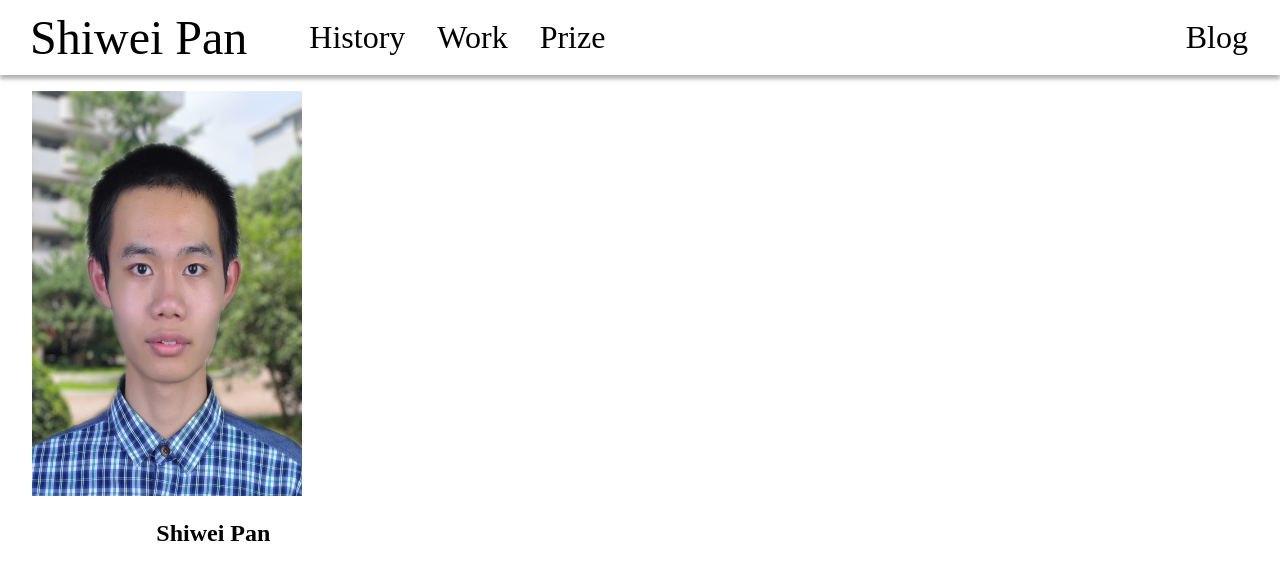
Repository: erikpsw/web
Page: new/psw.html
The author's editor kept a copy of each file at every save. The page is drawn from the files as they stood at one save, then again after the next save.
The browser window is 1280 px wide. The pictures show the whole page.

Above is the page before, as saved 2022-06-16 21:44:50.

### new/psw.html
<!DOCTYPE html>
<html>
<head>
<meta charset="utf-8">
<title>Shiwei Pan</title>
<link rel="stylesheet" type="text/css" href="styles.css">
</head>
<body class="body">
<nav id="start_box">
    <a class="nav" id="title" href="">Shiwei Pan</a>
    <a class="nav" href="" >History</a>
    <a class="nav" href="">Work</a>
    <a class="nav" href="">Prize</a>
    <a class="nav" id="myblog" target="_blank" href="https://erikpsw.github.io/">Blog</a>
</nav>
<section>
    <div id="profile">
        <img src="\pic\mine.png" id="mine">
        <h2 id="intro">Shiwei Pan</h2>
    </div>
</section>
</body>
</html>

### new/styles.css
#start_box
{
    background-color: whit;
    display:flex;
    box-shadow: 0 0.25rem 0.25rem 0 rgb(0 0 0 / 31%);
}

#title{
    text-decoration: none;
    font-family:"Times New Roman",Georgia,Serif;
    font-style:inherit;
    padding:10px 30px 10px;
    color:black;
    font-size: 3em;
}

.nav{
    text-decoration: none;
    font-family:"Times New Roman",Georgia,Serif;
    padding-left:1em;
    color:black;
    display: inline-flex;
    align-items: center;
    font-size: 2em;
}

.body{
    margin: 0%;
}

#myblog{
    margin-left: auto;
    padding-right: 1em;
}

#mine{
    margin-left: 2em;
    width: 270px;
    height: 405px;
}

#profile{
    margin-top: 1em;
    max-width: 33.333%;
}

#intro{
    text-align: center
}

After the next save:
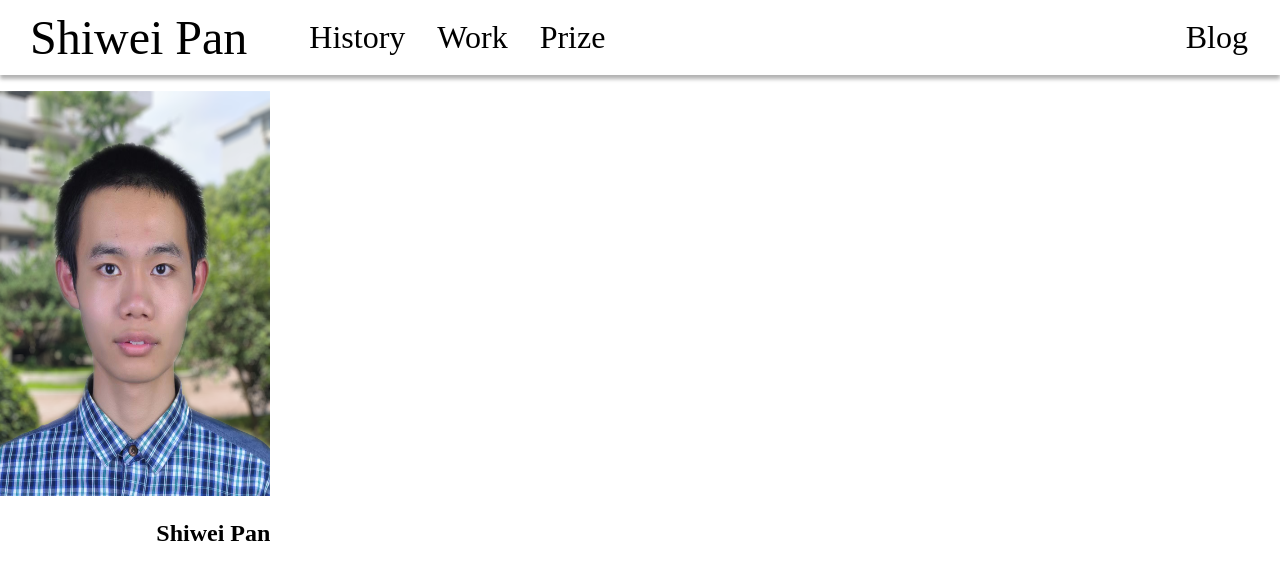
Saved 2 min 9 s later.
--- a/new/styles.css
+++ b/new/styles.css
@@ -34,12 +34,12 @@
 }
 
 #mine{
-    margin-left: 2em;
     width: 270px;
     height: 405px;
 }
 
 #profile{
+    align-items: center;
     margin-top: 1em;
     max-width: 33.333%;
 }
